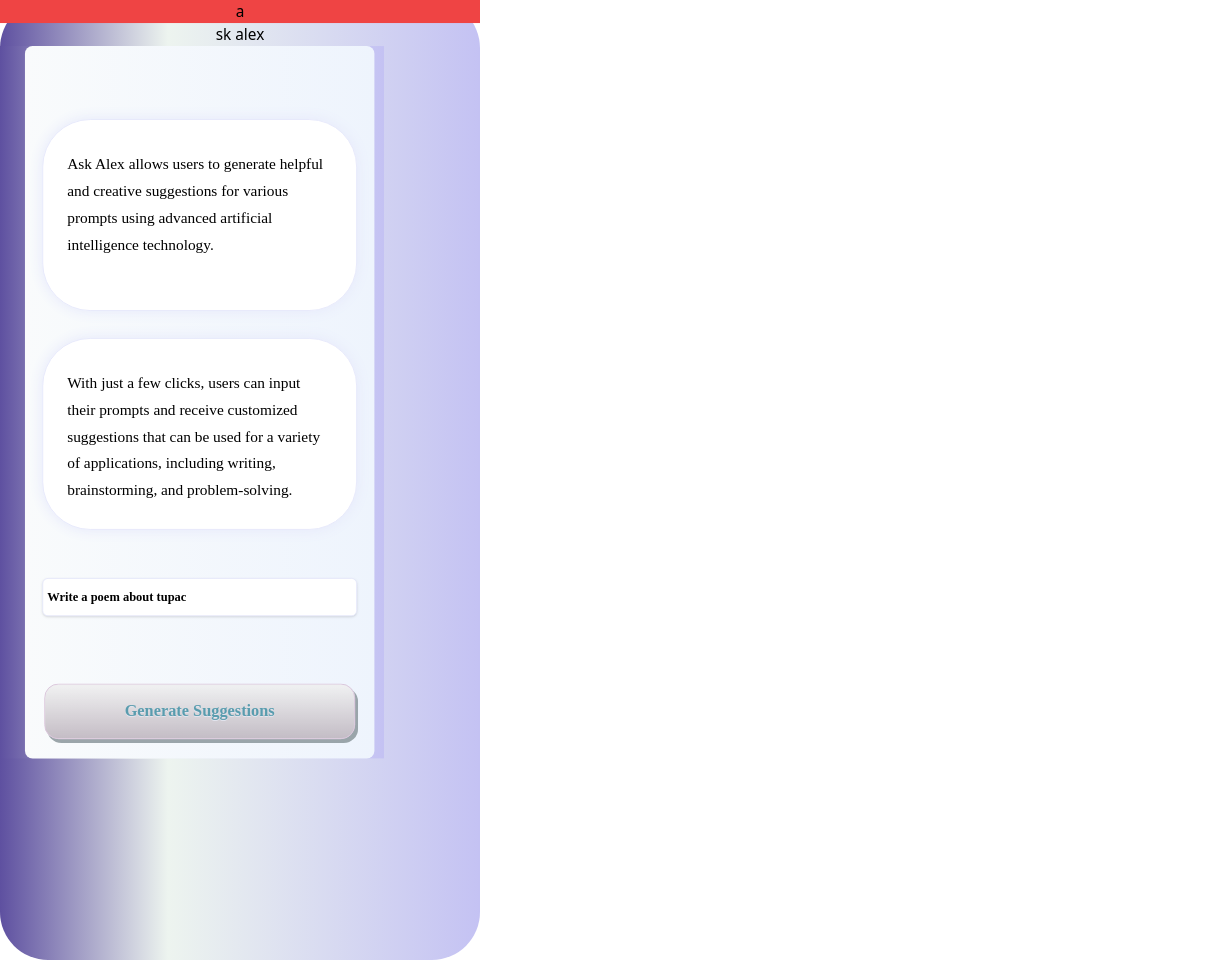
Repository: djdjdallas/AskAlex
Page: /
These files come from the project's save history. The page is drawn as it stood at one moment and after the next save; the edit follows.
The browser window is 1280 px wide. The pictures show the whole page, at 96% of full size.
The project was rebuilt for these pictures with package versions that can differ from the ones it lists, and the page was loaded fresh each time. Also part of the build but not shown: webpack.config.js.

Above is the page before, as saved 2023-02-27 21:40:09.

### src/App.js
import "./App.css";
import Popup from "./popup";

function App() {
  return (
    <div className="App w-[500px]">
      <div>
        <div className="bg-red-500">
          <h1>a</h1>
        </div>
        <h1>sk alex</h1>
      </div>
      <header className="App-header bg-gradient-to-r from-[#5E50A0] via-[#EDF4EF] to-[#C4C2F3] w-[25rem]">
        <div className="bg-gradient-to-r from-[#5E50A0] via-[#EDF4EF] to-[#C4C2F3]  w-[100%] flex justify-center items-center"></div>
        <Popup />
      </header>
    </div>
  );
}

export default App;

### src/App.css
.App {
  text-align: center;
  width: 500px;
  height: 1000px;
  border-radius:50px;
  background: rgb(94,80,160);
  background: linear-gradient(90deg, rgba(94,80,160,1) 0%, rgba(237,244,239,1) 35%, rgba(196,194,243,1) 100%);
}

.App-logo {
  height: 40vmin;
  pointer-events: none;
}

@media (prefers-reduced-motion: no-preference) {
  .App-logo {
    animation: App-logo-spin infinite 20s linear;
  }
}

.App-header {
  background: rgb(94,80,160);
  background: linear-gradient(90deg, rgba(94,80,160,1) 0%, rgba(237,244,239,1) 35%, rgba(196,194,243,1) 100%);
  display: flex;
  flex-direction: column;
  align-items: center;
  justify-content: center;
  font-size: calc(10px + 2vmin);
  color: white;
}
.input{
  font-size: small;
  border: 1px solid #E7EAFB;
  width: 90%;
  height: 40px;
  margin: 30px 0;
}
.infoBox{
  width: 100%;
  height: 200px;
  background-color: white;
  border: 1px solid #E7EAFB;
  color: black;
  border-radius:50px;
  -webkit-box-shadow:0px 0px 13px 1px #e7eafb ;
-moz-box-shadow:0px 0px 13px 1px #e7eafb ;
box-shadow:0px 0px 13px 1px #e7eafb ;
}
.infoContainer{
  width: 90%;
  height: 100%;
  margin-top: 4rem;
  text-align: left;
  font-size: 1.5rem;
  display: flex;
  flex-direction: column;
  justify-content: center;
  align-items: center;
  gap: 1rem;

}
.subText{
  font-size: 1rem;
  margin-top: 1rem;
  padding: 0 3%;

}
.myButton {
	box-shadow: 3px 4px 0px 0px #899599;
	background:linear-gradient(to bottom, #ededed 5%, #bab1ba 100%);
	background-color:#ededed;
	border-radius:15px;
	border:1px solid #d6bcd6;
	display:inline-block;
	cursor:pointer;
	color:#3a8a9e;
	font-family:Arial;
	font-size:17px;
	padding:12px 39px;
	text-decoration:none;
	text-shadow:0px 1px 0px #e1e2ed;
}
.myButton:hover {
	background:linear-gradient(to bottom, #bab1ba 5%, #ededed 100%);
	background-color:#bab1ba;
}
.myButton:active {
	position:relative;
	top:1px;
}

.App-link {
  color: #61dafb;
}

@keyframes App-logo-spin {
  from {
    transform: rotate(0deg);
  }
  to {
    transform: rotate(360deg);
  }
}

### src/popup.js
import React, { useState } from "react";

function Popup() {
  const [prompt, setPrompt] = useState("");
  const [suggestions, setSuggestions] = useState([]);
  const [isLoading, setIsLoading] = useState(false);

  function handleInputChange(event) {
    setPrompt(event.target.value);
  }

  async function generateSuggestions() {
    const API_KEY = "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";
    const API_URL =
      "https://api.openai.com/v1/engines/text-davinci-003/completions";
    setIsLoading(true);
    const response = await fetch(API_URL, {
      method: "POST",
      headers: {
        "Content-Type": "application/json",
        Authorization: `Bearer ${API_KEY}`,
      },
      body: JSON.stringify({
        prompt: `Provide 3 better prompts along with context ideas to ask chatgpt to ${prompt}.\n\n1.`,
        max_tokens: 1000,
        n: 1,
        temperature: 0.7,
      }),
    });

    const data = await response.json();

    const suggestedPrompts = data.choices[0].text.split("\n");
    console.log(isLoading);
    setSuggestions(suggestedPrompts);
  }
  function handleCopy(suggestion) {
    navigator.clipboard.writeText(suggestion);
  }

  return (
    <div className="ml-4 popup w-[91%] flex flex-col bg-gradient-to-r from-[#f9fbfc] to-[#eef4fd] rounded-lg">
      <div className="flex justify-center items-center w-[100%] mt-3">
        {suggestions ? (
          <div className="infoContainer w-[90%] h-[100%] mt-4 text-xl space-y-3 flex-row justify-center items-center">
            <div className="infoBox border-[1px] border-purple-300 p-4 rounded-md shadow bg-white ">
              <h1 className="subText" style={{ fontFamily: "Baskeville" }}>
                Ask Alex allows users to generate helpful and creative
                suggestions for various prompts using advanced artificial
                intelligence technology.
              </h1>
            </div>
            <div className="infoBox border-[1px] border-purple-300 rounded-md shadow-lg p-4 bg-white ">
              <h1
                className="subText"
                style={{
                  fontFamily: "Baskeville",
                }}
              >
                With just a few clicks, users can input their prompts and
                receive customized suggestions that can be used for a variety of
                applications, including writing, brainstorming, and
                problem-solving.
              </h1>
            </div>
          </div>
        ) : null}
      </div>
      <div className="flex justify-center items-center my-5">
        <input
          style={{ fontFamily: "Baskeville" }}
          className="input shadow outline-none focus:outline-none focus:ring text-sm font-bold border-2 border-[#E7EAFB] rounded-md w-[90%]  h-20 placeholder:text-black placeholder:pl-1
          "
          type="text"
          value={prompt}
          onChange={handleInputChange}
          placeholder="Write a poem about tupac"
        />
      </div>
      <button
        style={{ fontFamily: "Baskeville" }}
        className="myButton cursor-pointer text-2xl font-bold bg-gradient-to-r from-[#8C61FF] to-[#0BB2FF] rounded-md p-2 m-5 text-white
         animate-pulse transition transform duration-300 ease-in-out hover:shadow-xl shadow-md"
        onClick={generateSuggestions}
      >
        Generate Suggestions
      </button>
      {suggestions.length > 0 ? (
        <ul
          className="text-xl font-bold flex-row p-2 space-y-3 "
          style={{ fontFamily: "Baskeville" }}
        >
          {suggestions.map((suggestion, index) => (
            <li
              className=" text-white ml-1 bg-gradient-to-r from-[#5E50A0] to-[#C4C2F3] rounded-md p-2 "
              key={index}
            >
              {suggestion}
              <button
                className="cursor-pointer"
                onClick={() => handleCopy(suggestion)}
              ></button>
            </li>
          ))}
        </ul>
      ) : (
        <p className="font-bold text-2xl text-center">
          {isLoading ? "Alex is thinking..." : ""}
        </p>
      )}
    </div>
  );
}

export default Popup;

Loaded but not shown: public/index.html (common file); src/index.js (common file); src/index.css (common file); src/reportWebVitals.js (common file); tailwind.config.js (common file)

After the next save:
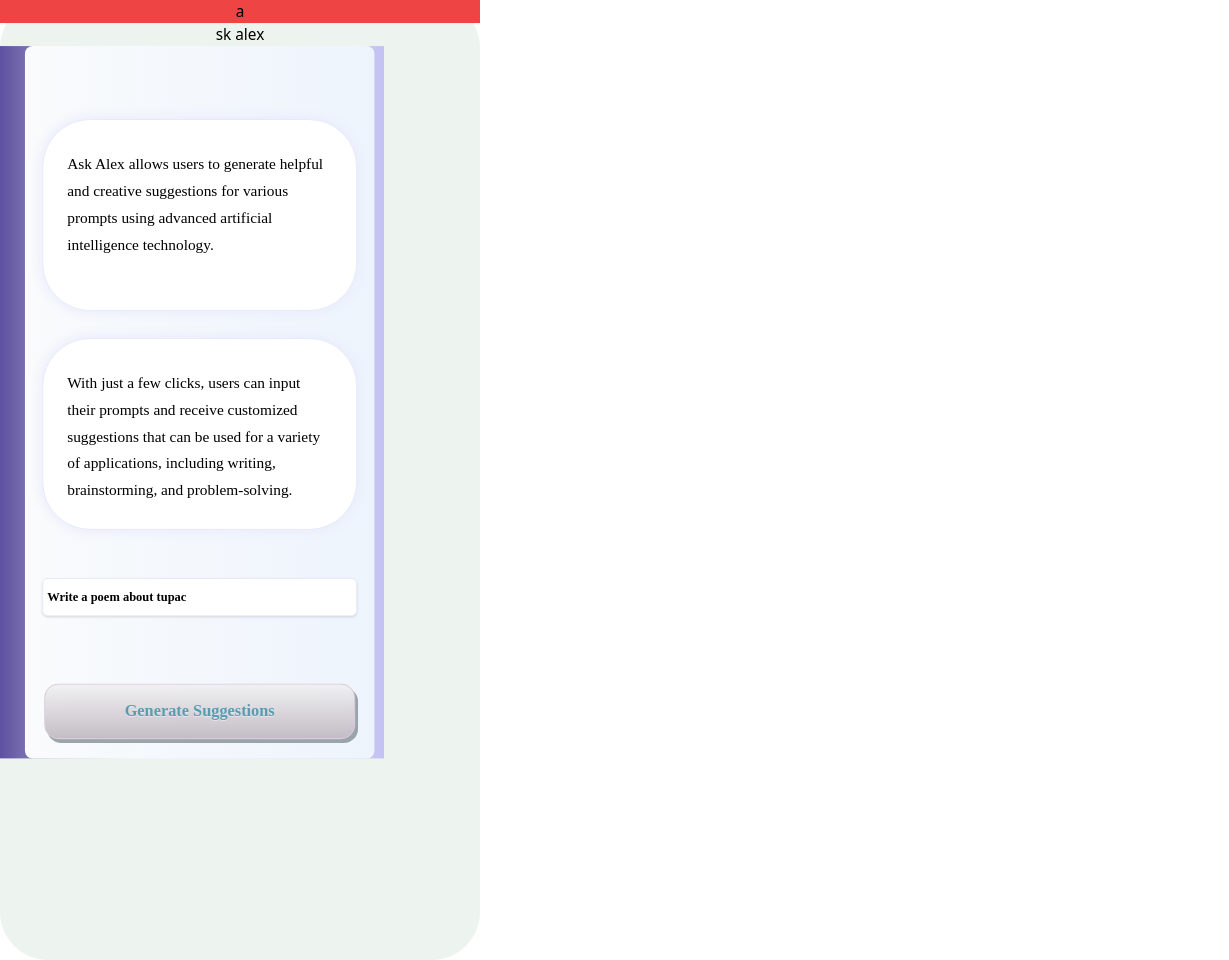
Saved 17 h 49 min later.
--- a/src/App.css
+++ b/src/App.css
@@ -3,8 +3,8 @@
   width: 500px;
   height: 1000px;
   border-radius:50px;
-  background: rgb(94,80,160);
-  background: linear-gradient(90deg, rgba(94,80,160,1) 0%, rgba(237,244,239,1) 35%, rgba(196,194,243,1) 100%);
+  background: rgba(237,244,239,1);
+
 }
 
 .App-logo {
